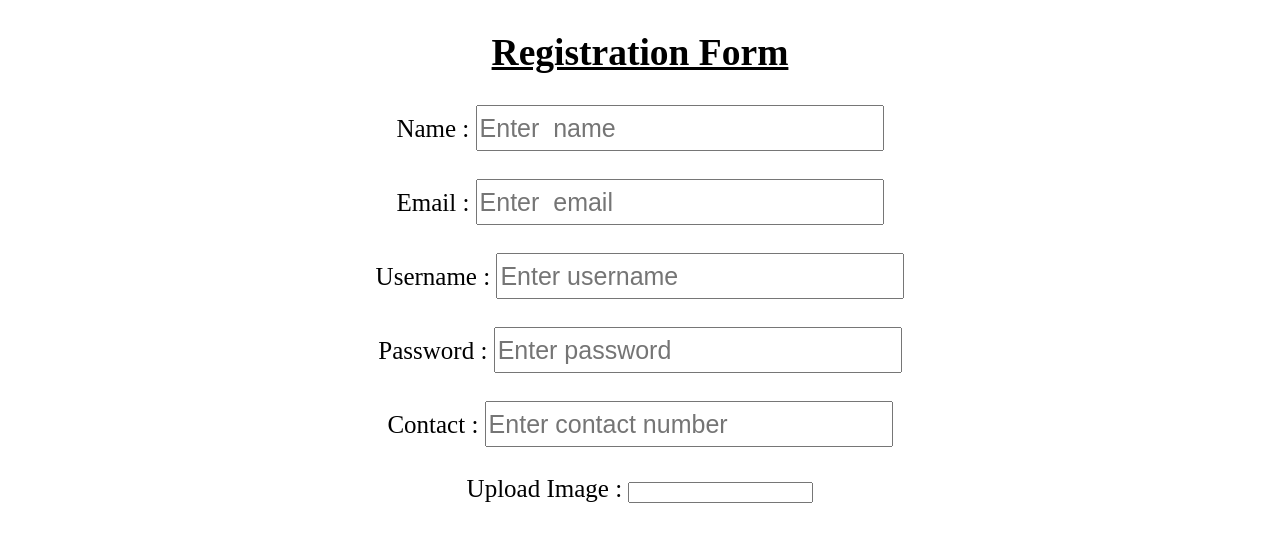
Repository: umeshkumarchamp/SpringMVC
Page: http://localhost/webapp/WEB-INF/views/home.jsp
An editor plug-in stored every save of this project. The page is shown before and after the next save, followed by the edit.
The browser window is 1280 px wide. The pictures show the whole page.
The page is served by Tomcat 9. Nobody is signed in. Other server files are loaded and not shown. The template is opened directly, without the code that normally fills it, so the values that code supplies are empty.

Above is the page before, as saved 2023-11-23 05:57:49.

### webapp/src/main/webapp/WEB-INF/views/home.jsp
<%@page contentType="text/html" pageEncoding="UTF-8"%>
<!DOCTYPE HTML PUBLIC "-//W3C//DTD HTML 4.01 Transitional//EN"
   "http://www.w3.org/TR/html4/loose.dtd">

<html>
<head>
<meta http-equiv="Content-Type" content="text/html; charset=UTF-8">
<title>Home</title>
</head>
<body style="font-size: 25px;">
	<form style="text-align: center">
		<h2>
			<u>Registration Form</u>
		</h2>
		<label>Name : </label> <input type="text" name="name" value=""
			style="font-size: 25px; width: 400px; height: 40px;"
			placeholder="Enter  name " /><br>
		<br> <label>Email : </label> <input type="email" name="email"
			value="" style="font-size: 25px; width: 400px; height: 40px;"
			placeholder="Enter  email" /><br>
		<br> <label>Username : </label> <input type="text"
			name="username" value=""
			style="font-size: 25px; width: 400px; height: 40px;"
			placeholder="Enter username " /><br>
		<br> <label>Password : </label> <input type="password"
			name="password" value=""
			style="font-size: 25px; width: 400px; height: 40px;"
			placeholder="Enter password " /><br>
		<br> <label>Contact : </label> <input type="number"
			name="contact" value=""
			style="font-size: 25px; width: 400px; height: 40px;"
			placeholder="Enter contact number " /><br>
		<br> <label>Upload Image : </label>
		<input type="fiile"/><br>
		<br>

	</form>
</body>
</html>

After the next save:
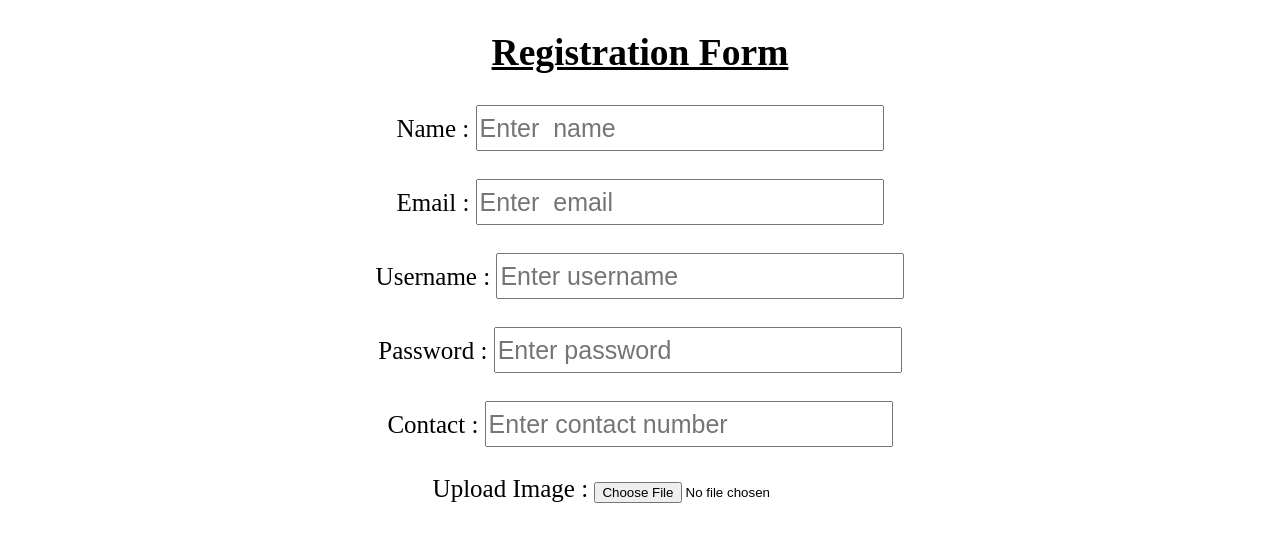
Saved 5 s later.
--- a/webapp/src/main/webapp/WEB-INF/views/home.jsp
+++ b/webapp/src/main/webapp/WEB-INF/views/home.jsp
@@ -31,7 +31,7 @@
 			style="font-size: 25px; width: 400px; height: 40px;"
 			placeholder="Enter contact number " /><br>
 		<br> <label>Upload Image : </label>
-		<input type="fiile"/><br>
+		<input type="file"/><br>
 		<br>
 
 	</form>
